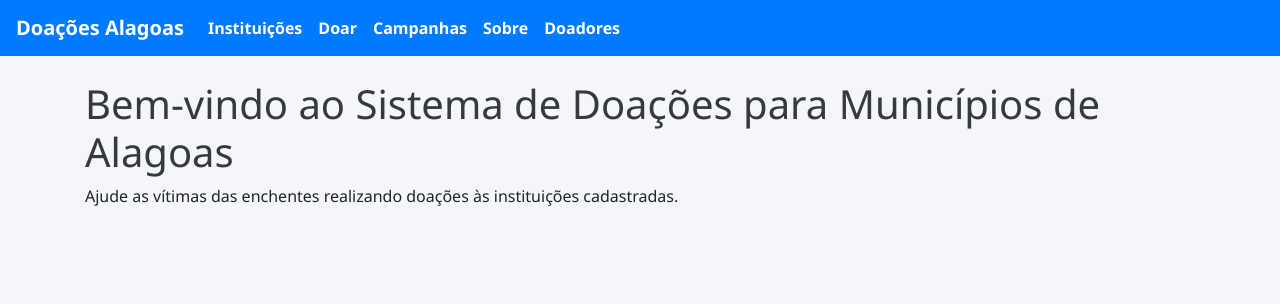
Repository: rafaelcrb/mvp-doacoes-alagoas
Page: http://localhost/
The author's editor kept a copy of each file at every save. The page is drawn from the files as they stood at one save, then again after the next save.
The browser window is 1280 px wide. The pictures show the whole page.
The page is served by the project's application, run on Flask 3 (app.py).

Above is the page before, as saved 2025-05-26 22:07:36.

After the next save:
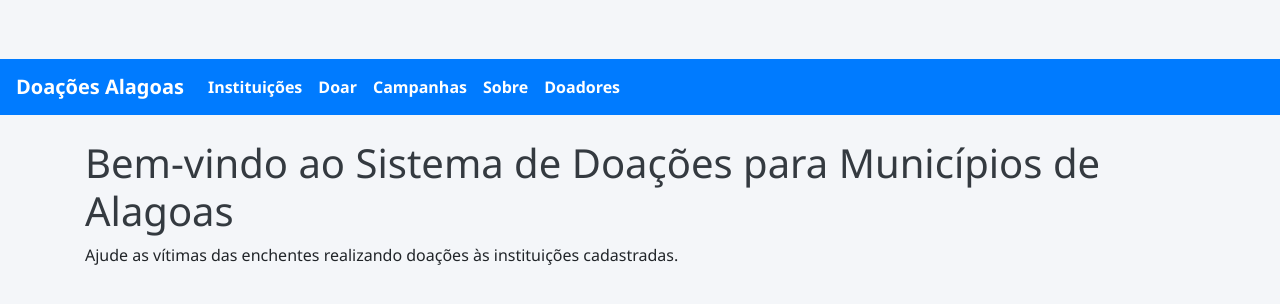
Console error: ReferenceError: $ is not defined
Saved 109 s later.
--- a/templates/base.html
+++ b/templates/base.html
@@ -8,6 +8,16 @@
     <link rel="stylesheet" href="https://cdnjs.cloudflare.com/ajax/libs/font-awesome/6.4.0/css/all.min.css">
 
 </head>
+<div class="toast" role="alert" aria-live="assertive" aria-atomic="true" data-delay="3000">
+  <div class="toast-body">
+    Ação realizada com sucesso!
+  </div>
+</div>
+
+<script>
+  $('.toast').toast('show');
+</script>
+
 <body>
 <nav class="navbar navbar-expand-lg navbar-light bg-light">
   <a class="navbar-brand" href="/">Doações Alagoas</a>
